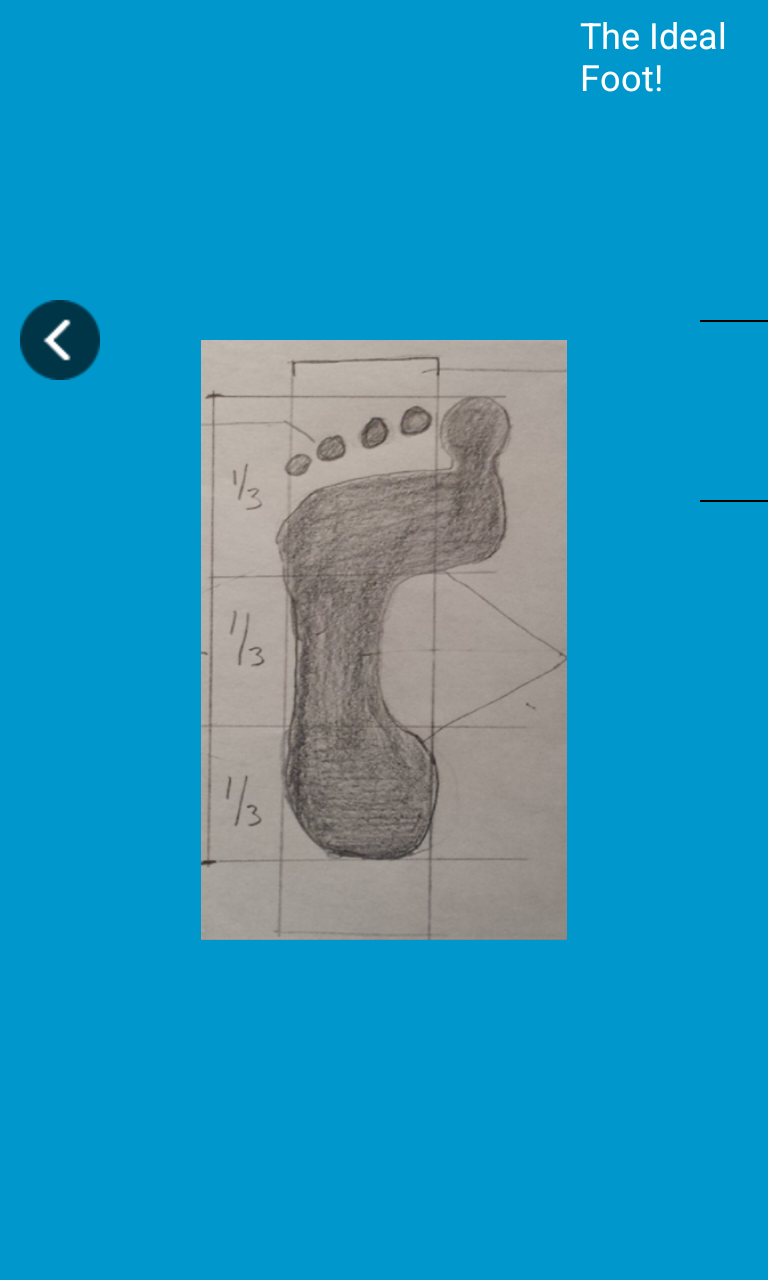
Repository: nanoweb12/GoodFeetAppNew
Layout: GoodFeetapp/res/layout/ideal_foot2.xml
These files come from the project's save history. The layout is drawn as it stood at one moment and after the next save; the edit follows.
It is drawn on a 768 x 1280 px phone screen (xhdpi) without system bars, with theme MyTheme; the app's code is not run.

Above is the layout before, as saved 2015-02-21 05:37:28.

### GoodFeetapp/res/layout/ideal_foot2.xml
<?xml version="1.0" encoding="utf-8"?>
<RelativeLayout xmlns:android="http://schemas.android.com/apk/res/android"
    android:layout_width="match_parent"
    android:layout_height="match_parent"
    android:background="#0098cc" >

    <TextView
        android:id="@+id/txt_idal"
        android:layout_width="fill_parent"
        android:layout_height="wrap_content"
        android:layout_marginLeft="290dp"
        android:layout_marginTop="5dp"
        android:text="The Ideal Foot!"
        android:textColor="#ffffff"
        android:textSize="18sp" />

    <ImageView
        android:id="@+id/feet"
        android:layout_width="300dp"
        android:layout_height="300dp"
        android:layout_centerHorizontal="true"
        android:layout_centerVertical="true"
        android:src="@drawable/foot" />

    <TextView
        android:id="@+id/text1_left"
        android:layout_width="wrap_content"
        android:layout_height="wrap_content"
        android:layout_marginLeft="10dp"
        android:layout_marginTop="50dp"
      android:gravity="center"
        android:textColor="#ffffff"
        android:textSize="15sp" />

    <ImageView
        android:id="@+id/back"
        android:layout_width="40dp"
        android:layout_height="40dp"
        android:layout_marginLeft="10dp"
        android:layout_marginTop="150dp"
        android:src="@drawable/left_arrow" />

    <TextView
        android:id="@+id/text2_left"
        android:layout_width="wrap_content"
        android:layout_height="wrap_content"
        android:layout_marginLeft="10dp"
        android:layout_marginTop="200dp"
         android:gravity="center"
        android:textColor="#ffffff"
        android:textSize="15sp" />

    <TextView
        android:id="@+id/text1_right"
        android:layout_width="wrap_content"
        android:layout_height="wrap_content"
        android:layout_marginLeft="600dp"
        android:layout_marginTop="50dp"
         android:gravity="center"
        android:textColor="#ffffff"
        android:textSize="15sp" />

    <ImageView
        android:id="@+id/next"
        android:layout_width="40dp"
        android:layout_height="40dp"
        android:layout_marginLeft="650dp"
        android:layout_marginTop="150dp"
        android:src="@drawable/right_arrow" />

    <TextView
        android:id="@+id/text2_right"
        android:layout_width="wrap_content"
        android:layout_height="wrap_content"
        android:layout_marginLeft="600dp"
        android:layout_marginTop="200dp"
      android:gravity="center"
        android:textColor="#ffffff"
        android:textSize="15sp" />

    <View
        android:id="@+id/view_width"
        android:layout_width="50dp"
        android:layout_height="1dp"
        android:layout_marginLeft="400dp"
        android:layout_marginTop="90dp"
        android:background="#000000" />

    <EditText
        android:id="@+id/edt_width  "
        android:layout_width="60dp"
        android:layout_height="20dp"
        android:layout_marginLeft="450dp"
        android:layout_marginTop="90dp"
        android:background="#ffffff"
        android:hint="Enter Width"
        android:textSize="10sp" />

    <View
        android:id="@+id/view_lenth"
        android:layout_width="50dp"
        android:layout_height="1dp"
        android:layout_marginLeft="350dp"
        android:layout_marginTop="160dp"
        android:background="#000000" />

    <EditText
        android:id="@+id/edt_lenth  "
        android:layout_width="60dp"
        android:layout_height="20dp"
        android:layout_marginLeft="400dp"
        android:layout_marginTop="160dp"
        android:background="#ffffff"
        android:hint="Enter Lenth"
        android:textSize="10sp" />

    <View
        android:id="@+id/view_arch"
        android:layout_width="50dp"
        android:layout_height="1dp"
        android:layout_marginLeft="350dp"
        android:layout_marginTop="250dp"
        android:background="#000000" />

    <EditText
        android:id="@+id/edt_arch  "
        android:layout_width="60dp"
        android:layout_height="20dp"
        android:layout_marginLeft="390dp"
        android:layout_marginTop="210dp"
        android:background="#ffffff"
        android:hint="Enter ARCH"
        android:textSize="10sp" />

</RelativeLayout>

### GoodFeetapp/res/values-v11/styles.xml
<resources>
    <style name="MyTheme" parent="@android:style/Theme.Holo.Light">

    </style>

    <style name="MyActionBar" parent="@android:style/Widget.Holo.Light.ActionBar">
    <item name="android:actionBarSize">70dip</item>
         <item name="android:background">#D3D3D3</item>
    </style>
</resources>

### GoodFeetapp/res/values-v14/styles.xml
<!-- <resources>
    the theme applied to the application or activity
    <style name="CustomActionBarTheme"
           parent="@android:style/Theme.Holo.Light.DarkActionBar">

    </style>

    ActionBar styles
    <style name="MyActionBar"
           parent="@android:style/Widget.Holo.Light.ActionBar.Solid.Inverse">
       <item name="android:actionBarSize">70dip</item>
         <item name="android:background">#D3D3D3</item>

    </style>
</resources> -->

<resources>
    <style name="MyTheme" parent="@android:style/Theme.Holo.Light">

    </style>

    <style name="MyActionBar" parent="@android:style/Widget.Holo.Light.ActionBar">
    <item name="android:actionBarSize">100dip</item>
         <item name="android:background">#D3D3D3</item>
    </style>
</resources>

### GoodFeetapp/res/values/styles.xml
<resources>
    <style name="MyTheme" parent="@android:style/Theme.Holo.Light">

    </style>

    <style name="MyActionBar" parent="@android:style/Widget.Holo.Light.ActionBar">
    <item name="android:actionBarSize">70dip</item>
         <item name="android:background">#D3D3D3</item>
    </style>
</resources>

After the next save:
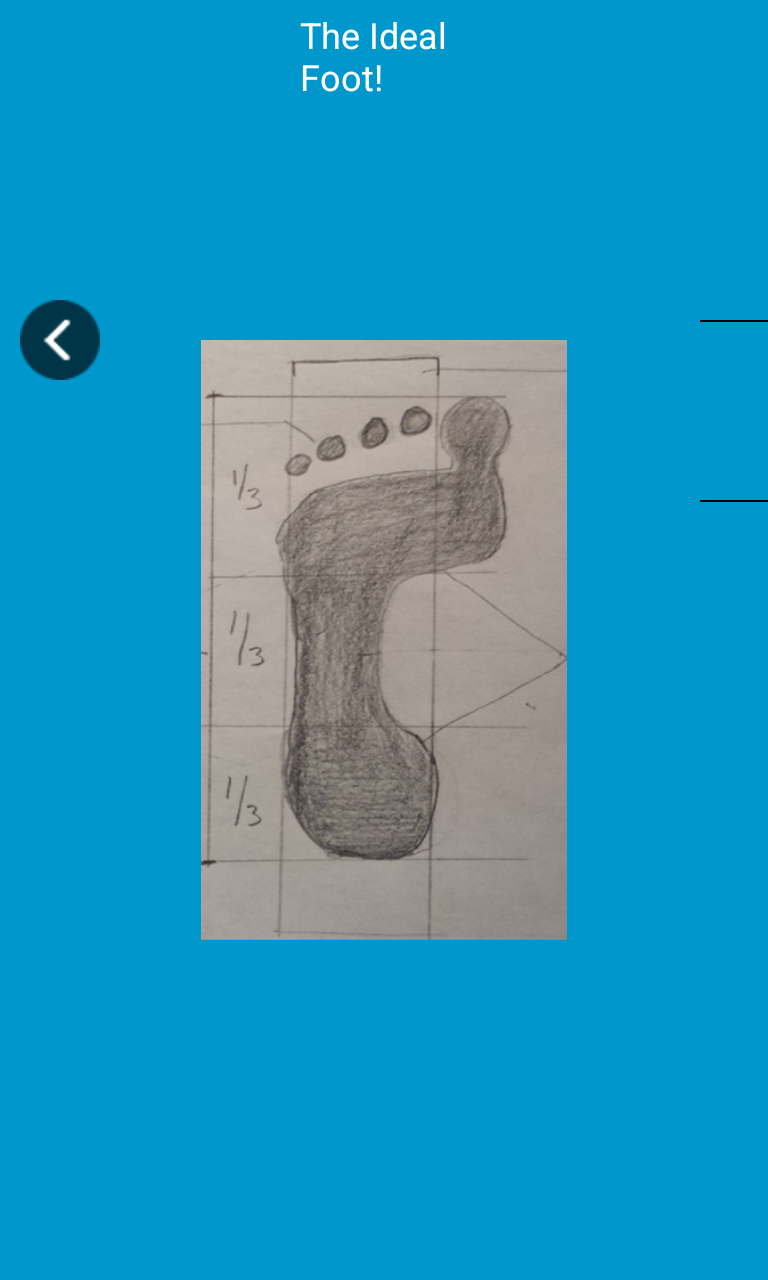
Saved 2 min 27 s later.
--- a/GoodFeetapp/res/layout/ideal_foot2.xml
+++ b/GoodFeetapp/res/layout/ideal_foot2.xml
@@ -8,7 +8,8 @@
         android:id="@+id/txt_idal"
         android:layout_width="fill_parent"
         android:layout_height="wrap_content"
-        android:layout_marginLeft="290dp"
+        android:layout_marginLeft="300dp"
+        android:layout_centerHorizontal="true"
         android:layout_marginTop="5dp"
         android:text="The Ideal Foot!"
         android:textColor="#ffffff"
@@ -73,7 +74,7 @@
         android:layout_width="wrap_content"
         android:layout_height="wrap_content"
         android:layout_marginLeft="600dp"
-        android:layout_marginTop="200dp"
+        android:layout_marginTop="250dp"
       android:gravity="center"
         android:textColor="#ffffff"
         android:textSize="15sp" />
